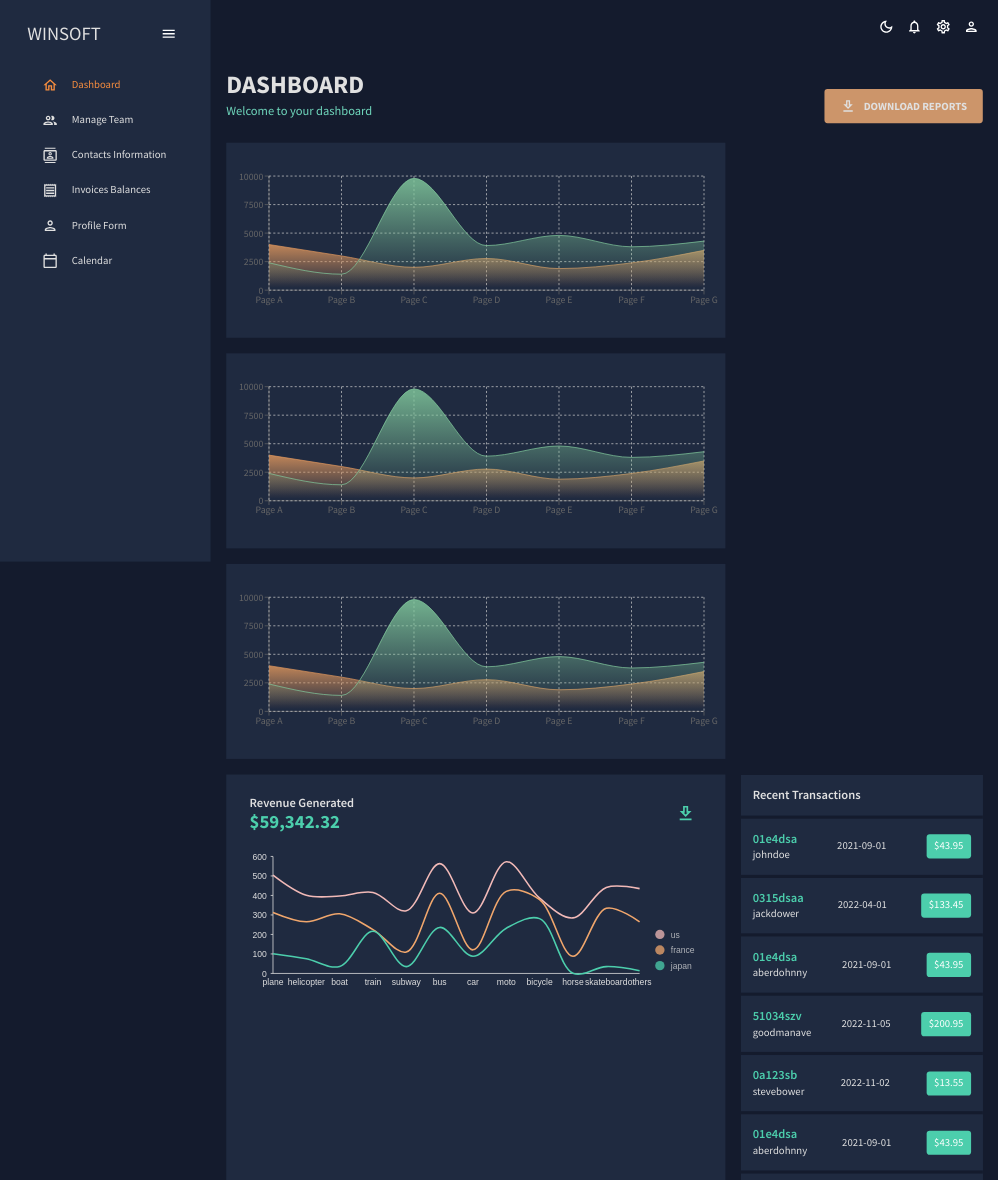
Repository: thamaraiselvan315731/winssoft
Page: /
These files come from the project's save history. The page is drawn as it stood at one moment and after the next save; the edit follows.
The browser window is 1280 px wide. The pictures show the whole page, at 78% of full size.
The project was rebuilt for these pictures with package versions that can differ from the ones it lists, and the page was loaded fresh each time. Also part of the build but not shown: src/pages/team/index.jsx, src/pages/invoices/index.jsx, src/pages/contacts/index.jsx, src/pages/form/index.jsx, src/data/mockGeoFeatures.js, src/components/GeographyChart.jsx, src/components/BarChart.jsx, src/components/ProgressCircle.jsx and 3 more.

Above is the page before, as saved 2022-12-01 11:08:37.

After the next save:
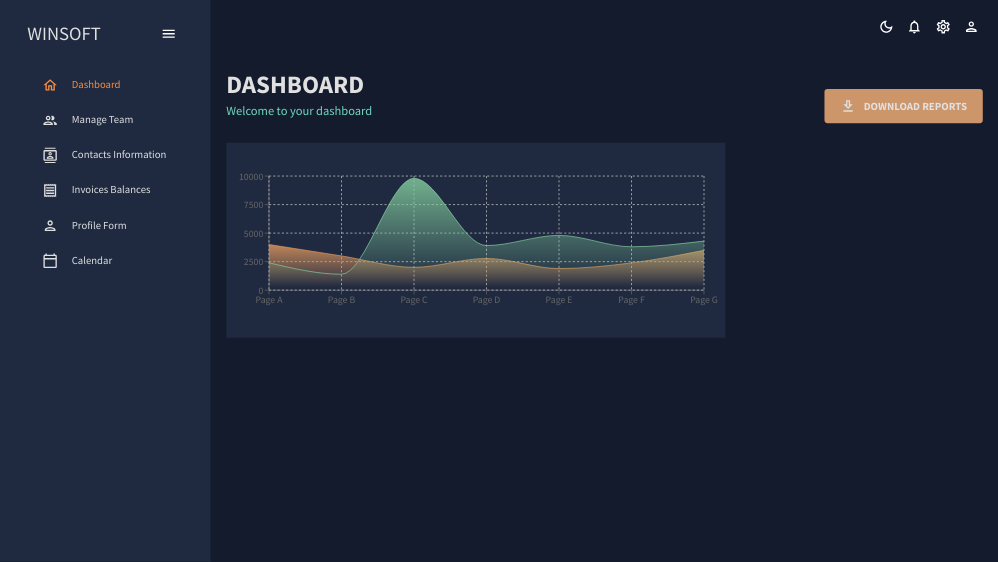
Saved 37 s later.
--- a/src/pages/dashboard/index.jsx
+++ b/src/pages/dashboard/index.jsx
@@ -69,46 +69,7 @@ const Dashboard = () => {
             }
           /> */}
         </Box>
-        <Box
-          gridColumn="span 8"
-          backgroundColor={colors.primary[400]}
-          display="flex"
-          alignItems="center"
-          justifyContent="center"
-        >
-          <AreaCharts />
-          {/* <StatBox
-            title="12,361"
-            subtitle="Emails Sent"
-            progress="0.75"
-            increase="+14%"
-            icon={
-              <EmailIcon
-                sx={{ color: colors.greenAccent[600], fontSize: "26px" }}
-              />
-            }
-          /> */}
-        </Box>
-        <Box
-          gridColumn="span 8"
-          backgroundColor={colors.primary[400]}
-          display="flex"
-          alignItems="center"
-          justifyContent="center"
-        >
-          <AreaCharts />
-          {/* <StatBox
-            title="12,361"
-            subtitle="Emails Sent"
-            progress="0.75"
-            increase="+14%"
-            icon={
-              <EmailIcon
-                sx={{ color: colors.greenAccent[600], fontSize: "26px" }}
-              />
-            }
-          /> */}
-        </Box>
+
         {/* <Box
           gridColumn="span 3"
           backgroundColor={colors.primary[400]}
@@ -168,7 +129,7 @@ const Dashboard = () => {
         </Box> */}
 
         {/* ROW 2 */}
-        <Box
+        {/* <Box
           gridColumn="span 8"
           gridRow="span 2"
           backgroundColor={colors.primary[400]}
@@ -257,7 +218,7 @@ const Dashboard = () => {
               </Box>
             </Box>
           ))}
-        </Box>
+        </Box> */}
 
         {/* ROW 3 */}
         {/* <Box
